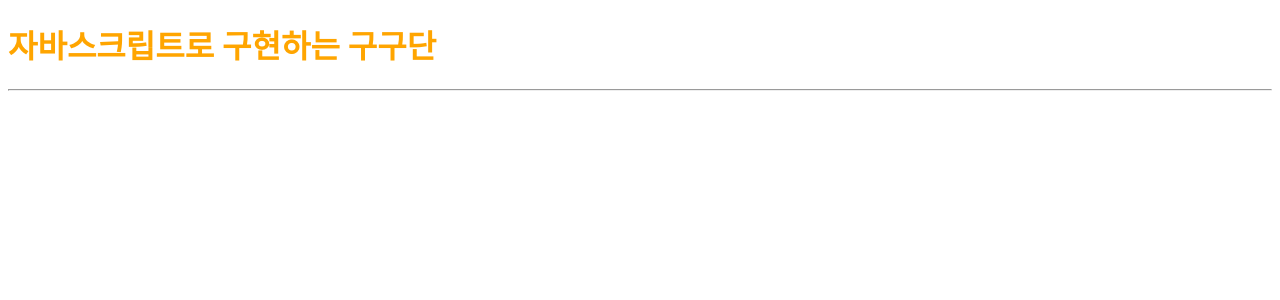
Repository: jhsnex123/web_study
Page: edu/src/main/webapp/jsexam/exercise4.html
An editor plug-in stored every save of this project. The page is shown before and after the next save, followed by the edit.
The browser window is 1280 px wide. The pictures show the whole page.

Above is the page before, as saved 2024-09-20 08:26:34.

### edu/src/main/webapp/jsexam/exercise4.html
<!DOCTYPE html>
<html>
<head>
<meta charset="UTF-8">
<title>Insert title here</title>
<style>
h1{
color : orange;
text-shadow : 5px 5px 5px white;

}



</style>
</head>
<body>
<h1>자바스크립트로 구현하는 구구단</h1>
<hr>

<script>




</script>
</body>
</html>

After the next save:
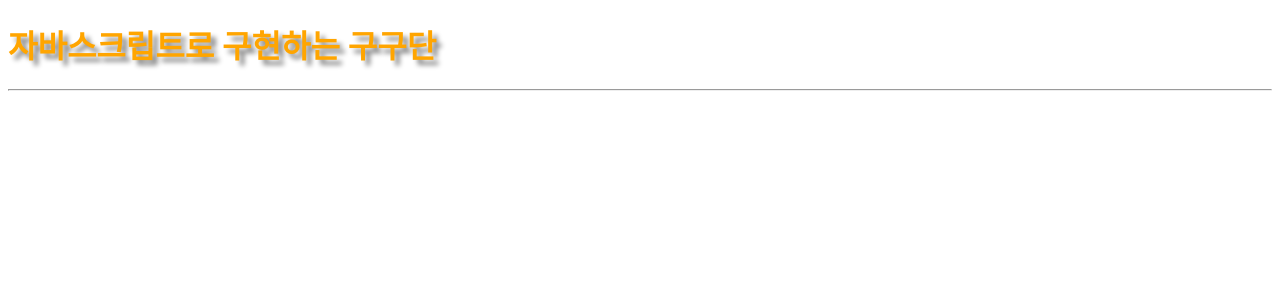
Saved 22 s later.
--- a/edu/src/main/webapp/jsexam/exercise4.html
+++ b/edu/src/main/webapp/jsexam/exercise4.html
@@ -6,7 +6,7 @@
 <style>
 h1{
 color : orange;
-text-shadow : 5px 5px 5px white;
+text-shadow : 5px 5px 5px gray;
 
 }
 
